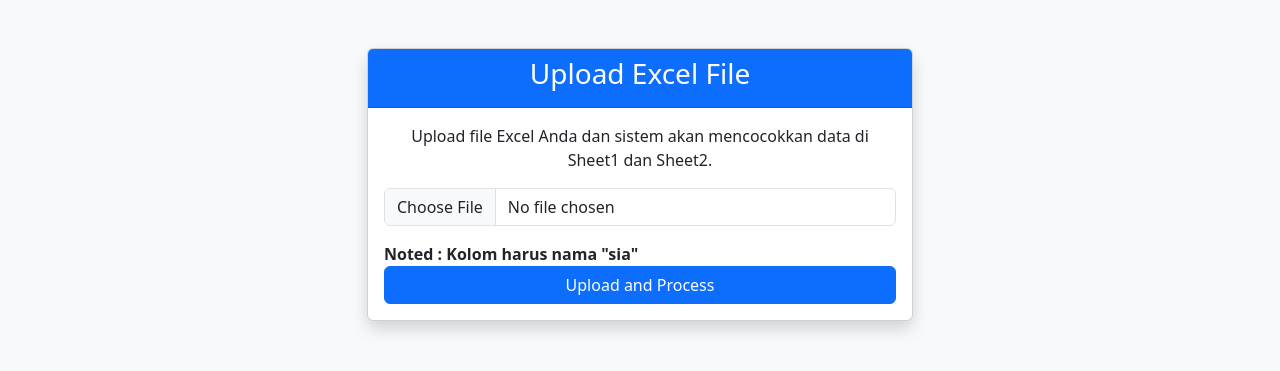
Repository: fatur04/Excel-Matching-Web-App
Page: http://localhost/
The author's editor kept a copy of each file at every save. The page is drawn from the files as they stood at one save, then again after the next save.
The browser window is 1280 px wide. The pictures show the whole page.
The page is served by the project's application, run on Flask 3 (app.py).

Above is the page before, as saved 2024-11-04 21:42:25.

After the next save:
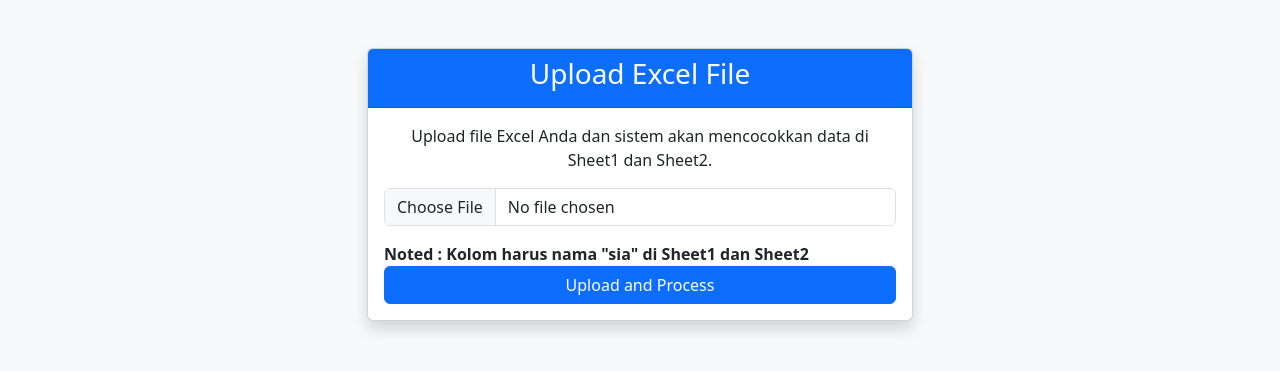
Saved 9 s later.
--- a/templates/index.html
+++ b/templates/index.html
@@ -21,7 +21,7 @@
                             <div class="mb-3">
                                 <input type="file" name="file" accept=".xlsx" class="form-control" required>
                             </div>
-                            <b class="text-center">Noted : Kolom harus nama "sia"</b>
+                            <b class="text-center">Noted : Kolom harus nama "sia" di Sheet1 dan Sheet2</b>
                             <div class="d-grid">
                                 <button type="submit" class="btn btn-primary">Upload and Process</button>
                             </div>
